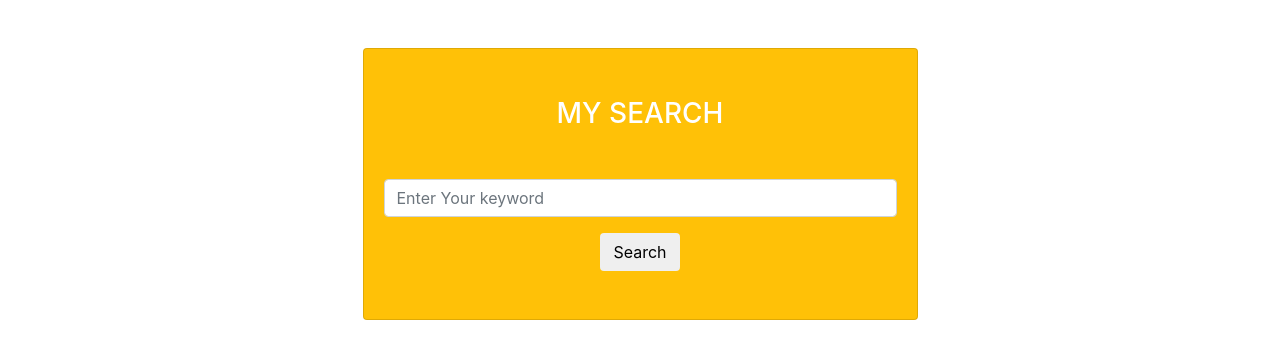
Repository: priyaadya/spring-practice-codes
Page: http://localhost/SearchPageMvc/home
These files come from the project's save history. The page is drawn as it stood at one moment and after the next save; the edit follows.
The browser window is 1280 px wide. The pictures show the whole page.
Some web libraries are served in a nearby version. The page is served by Tomcat 9.

Above is the page before, as saved 2023-06-04 18:24:47.

### SearchPageMvc/src/main/webapp/WEB-INF/spring-servlet.xml
<?xml version="1.0" encoding="UTF-8"?>
<beans xmlns="http://www.springframework.org/schema/beans"
       xmlns:xsi="http://www.w3.org/2001/XMLSchema-instance"
       xmlns:p="http://www.springframework.org/schema/p"
       xmlns:context="http://www.springframework.org/schema/context"
       xsi:schemaLocation="http://www.springframework.org/schema/beans
            http://www.springframework.org/schema/beans/spring-beans.xsd
            http://www.springframework.org/schema/context
            http://www.springframework.org/schema/context/spring-context-3.0.xsd">



            <context:component-scan base-package="SearchPageMvc"></context:component-scan>

            <bean class="org.springframework.web.servlet.view.InternalResourceViewResolver" name="viewResolver">
            <property name="prefix" value="/WEB-INF/views/"></property>
            <property name="suffix" value=".jsp"></property>
            </bean>


</beans>

### SearchPageMvc/src/main/webapp/WEB-INF/views/home.jsp
<!doctype html>
<html lang="en">
  <head>
    <!-- Required meta tags -->
    <meta charset="utf-8">
    <meta name="viewport" content="width=device-width, initial-scale=1, shrink-to-fit=no">

    <!-- Bootstrap CSS -->
    <link rel="stylesheet" href="https://cdn.jsdelivr.net/npm/bootstrap@4.0.0/dist/css/bootstrap.min.css" integrity="sha384-Gn5384xqQ1aoWXA+058RXPxPg6fy4IWvTNh0E263XmFcJlSAwiGgFAW/dAiS6JXm" crossorigin="anonymous">

    <title>Hello, world!</title>
  </head>
  <body>
 <div class="container">
 <div class="card mx-auto mt-5 bg-warning" style="width:50%;">
 <div class="card-body py-5">
 <h3 class="text-center text-white" style="text-transform:uppercase">My Search</h3>
 <form class="mt-5">
 <div class="form-group">
 <input type="text" name="querybox" placeholder="Enter Your keyword"
 class="form-control">


 </div>
 <div class="container text-center">
 <button class="btn btn-outline-Light">Search</button>

 </div>

 </form>

 </div>

 </div>


 </div>

    <!-- Optional JavaScript -->
    <!-- jQuery first, then Popper.js, then Bootstrap JS -->
    <script src="https://code.jquery.com/jquery-3.2.1.slim.min.js" integrity="sha384-KJ3o2DKtIkvYIK3UENzmM7KCkRr/rE9/Qpg6aAZGJwFDMVNA/GpGFF93hXpG5KkN" crossorigin="anonymous"></script>
    <script src="https://cdn.jsdelivr.net/npm/popper.js@1.12.9/dist/umd/popper.min.js" integrity="sha384-ApNbgh9B+Y1QKtv3Rn7W3mgPxhU9K/ScQsAP7hUibX39j7fakFPskvXusvfa0b4Q" crossorigin="anonymous"></script>
    <script src="https://cdn.jsdelivr.net/npm/bootstrap@4.0.0/dist/js/bootstrap.min.js" integrity="sha384-JZR6Spejh4U02d8jOt6vLEHfe/JQGiRRSQQxSfFWpi1MquVdAyjUar5+76PVCmYl" crossorigin="anonymous"></script>
  </body>
</html>
</html>

### SearchPageMvc/src/main/java/SearchPageMvc/SearchController.java
package SearchPageMvc;

import org.springframework.stereotype.Controller;
import org.springframework.web.bind.annotation.RequestMapping;

@Controller
public class SearchController {

	@RequestMapping("/home")
	public String home() {

		System.out.println("going to home page");
		return "home";

	}



}

After the next save:
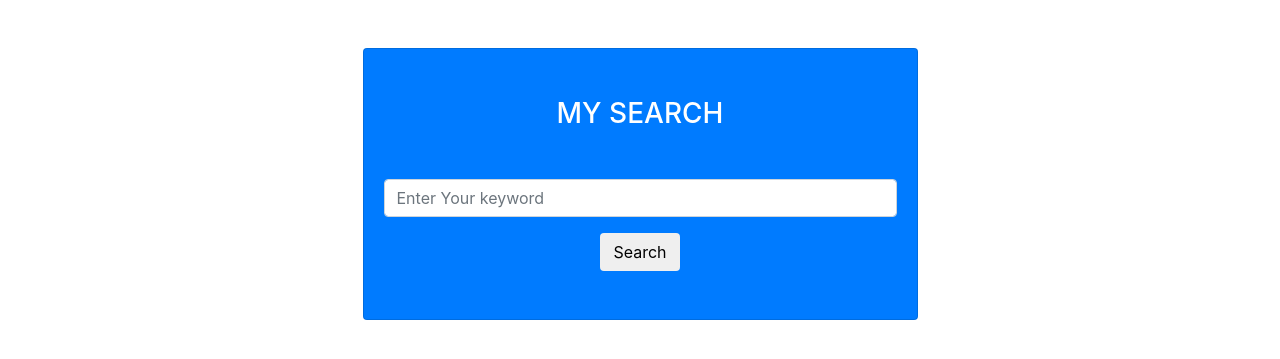
Saved 41 s later.
--- a/SearchPageMvc/src/main/webapp/WEB-INF/views/home.jsp
+++ b/SearchPageMvc/src/main/webapp/WEB-INF/views/home.jsp
@@ -12,7 +12,7 @@
   </head>
   <body>
  <div class="container">
- <div class="card mx-auto mt-5 bg-warning" style="width:50%;">
+ <div class="card mx-auto mt-5 bg-primary" style="width:50%;">
  <div class="card-body py-5">
  <h3 class="text-center text-white" style="text-transform:uppercase">My Search</h3>
  <form class="mt-5">
